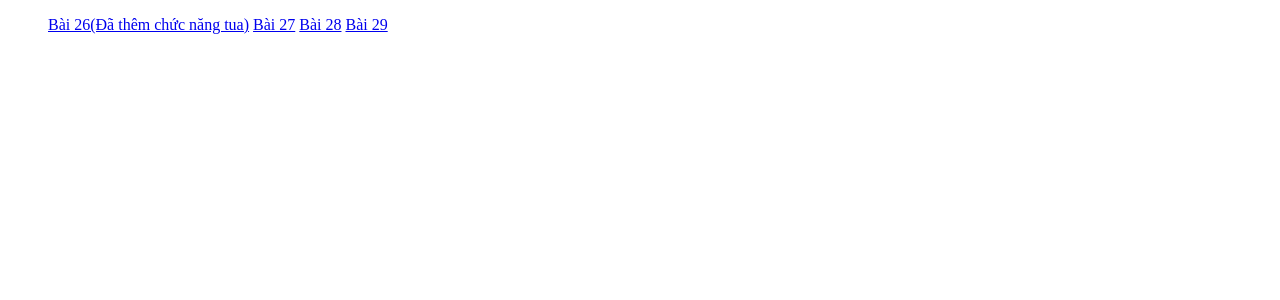
Repository: Dongnguyen318/Quydong
Page: index.html
These files come from the project's save history. The page is drawn as it stood at one moment and after the next save; the edit follows.
The browser window is 1280 px wide. The pictures show the whole page.

Above is the page before, as saved 2023-10-03 22:35:00.

### index.html
<!DOCTYPE html>
<html lang="en">
  <head>
    <meta charset="UTF-8" />
    <meta name="viewport" content="width=device-width, initial-scale=1.0" />
    <title>Document</title>
  </head>
  <body>
    <ul>
      <a href="./Day 26/index.html">Bài 26(Đã thêm chức năng tua)</a>
      <a href="./Day 27/index.html">Bài 27</a>
      <a href="#!">Bài 28</a>
      <a href="./Day 29/index.html">Bài 29</a>

  </body>
</html>

After the next save:
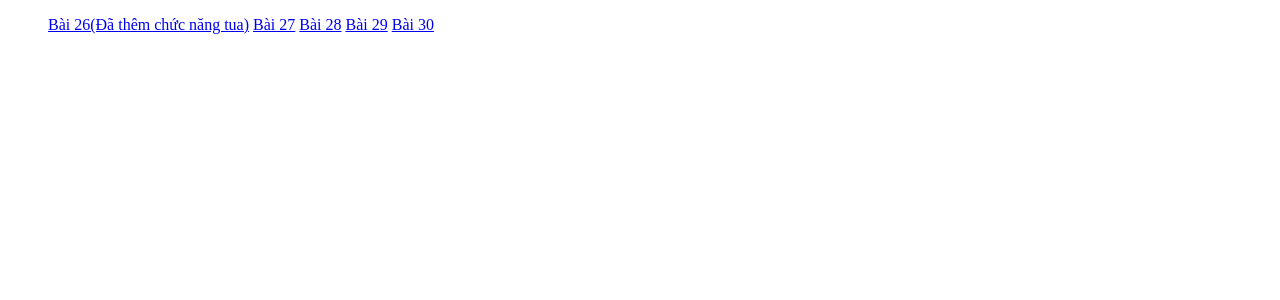
Saved 116 s later.
--- a/index.html
+++ b/index.html
@@ -11,6 +11,7 @@
       <a href="./Day 27/index.html">Bài 27</a>
       <a href="#!">Bài 28</a>
       <a href="./Day 29/index.html">Bài 29</a>
+      <a href="./Day 30/index.html">Bài 30</a>
 
   </body>
 </html>
